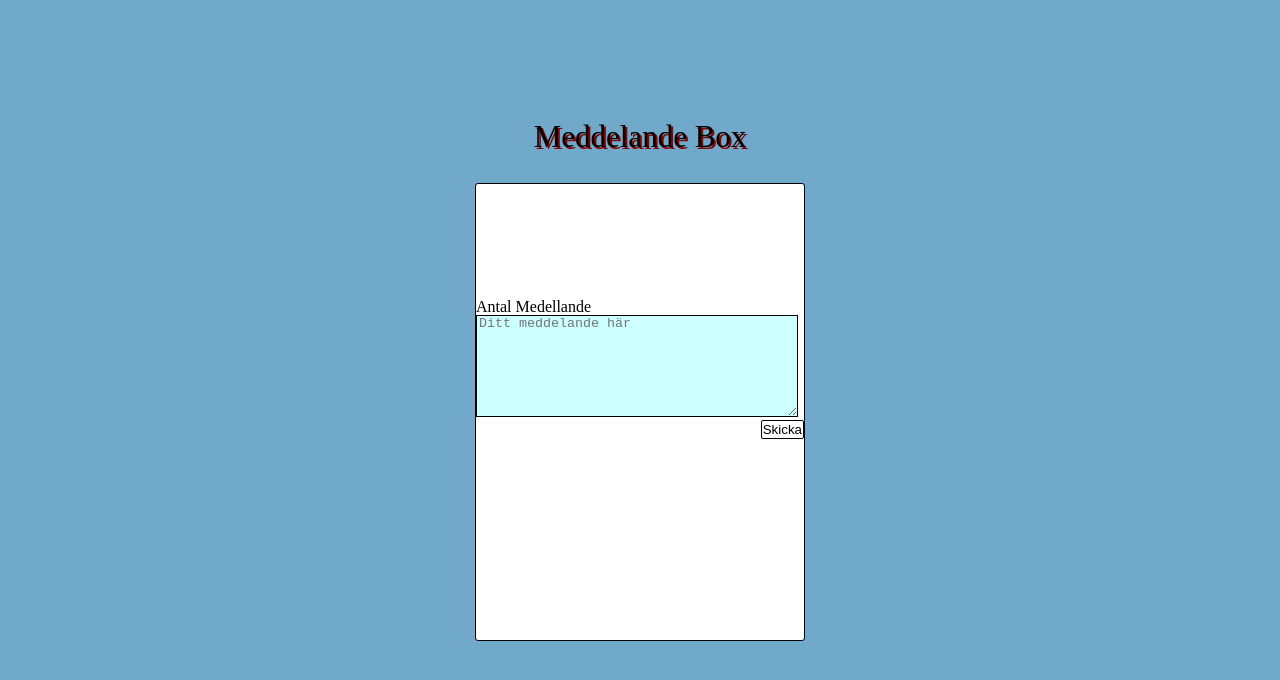
Repository: ls222vy/ls222vy-1dv403-laborationer
Page: 2-labbymezzage/index.html
The author's editor kept a record of every edit. The page is drawn from the files as they stood at one moment, then again after the next edit.
The browser window is 1280 px wide. The pictures show the whole page.

Above is the page before.
Console error: SyntaxError: Unexpected token ';'

### 2-labbymezzage/index.html

<!doctype html>

<html lang="sv">

  <head>

         <title>Labby</title>
         <meta charset="UTF-8" />
         <link href='//fonts.googleapis.com/css?family=Gloria+Hallelujah' rel='stylesheet'>
         <link rel="stylesheet" href="css/style.css">
         <script src="js/Message.js"></script>
         <script src="js/MessageMotor.js"></script>
         <script src="js/messageMotor_run.js"></script>

  </head>

<body>

    <h1>Meddelande Box</h1>
<div id="content">

    <div id="messagearea"></div>

      <!---  <div id="myMessages"></div> -->

            <div id="countingMessages">Antal Medellande</div>

                  <div id="messageWindow">

            <textarea id="textInput"rows="2" cols="32" placeholder="Ditt meddelande här"></textarea>
            <button id="submitInput">Skicka</button></button>
        </div>



    </div>

</body>

</html>

### 2-labbymezzage/css/style.css
/*@import url(http://fonts.googleapis.com/css?family=Gloria+Hallelujah);*/

/* http://meyerweb.com/eric/tools/css/reset/
   v2.0 | 20110126
   License: none (public domain)
*/

html, body, div, span, applet, object, iframe,
h1, h2, h3, h4, h5, h6, p, blockquote, pre,
a, abbr, acronym, address, big, cite, code,
del, dfn, em, img, ins, kbd, q, s, samp,
small, strike, strong, sub, sup, tt, var,
b, u, i, center,
dl, dt, dd, ol, ul, li,
fieldset, form, label, legend,
table, caption, tbody, tfoot, thead, tr, th, td,
article, aside, canvas, details, embed,
figure, figcaption, footer, header, hgroup,
menu, nav, output, ruby, section, summary,
time, mark, audio, video {
	margin: 0;
	padding: 0;
	border: 0;
	font-size: 100%;
	font: inherit;
	vertical-align: baseline;
}
/* HTML5 display-role reset for older browsers */
article, aside, details, figcaption, figure,
footer, header, hgroup, menu, nav, section {
	display: block;
}
body {
	line-height: 1;
	background-color: #70A9C9;
}

/*#container {
    width :100%;
    max-width:600px;
    display:block;
    margin:0 auto;
}*/

#content {
    border:1px solid #000000;
    background:#ffffff;
    margin-left: auto;
    margin-right: auto;
    width: 328px;
    height:456px;
    overflow: auto;
    padding: 1 0 0  3px;
    -moz-border-radious:3px;
    -webkit-border-radius:3px;
}

h1{
   /* color:#0095b6;*/
    margin-top:90px;
    text-align:center;
    padding:1em;
    font-size:31px;
    text-shadow: 2px 2px #8b0000;
}
#messagearea {
    margin-top:115px;
    margin-left:auto;
    margin-right: auto;
    width:300px;
    overflow:auto;
    padding: 0 0 0 5px;

}

#textInput{
    background:#CCFFFF;
    border:1px solid #000000;
    width: 97%;
    height:100px;
    margin-left : auto;
    margin-right:auto;
    padding: 0 0 0 2px;
}

#count{
    text-align:right;
    color:#3c3c3c;
    font-family: cabin-regular;
    font-size:9px;
    font-weight:normal;
    margin-bottom: 7px;
    margin-top: 5px;
}
#messageWindow {
    display:block;
    width: 100%;
}

#submitInput {
    border:1px solid #000000;
    padding: 1px;
    margin-bottom: 2px;
    text-decoration:none;
    -webkit-border-radius:2px;
    -webkit-box-shadow:0 1 px 0 white;
    background:#ffffff;
    float:right;
}
#myMessages {
    height: 230px;
    overflow: auto;
    border-radius: 9px;
    background-color:#BDBDBD;
   /*-webkit-box-sizing: border-box;
    -moz-box-sizing: border-box; */
    margin-top: auto;
 /* border: 2px solid rgba(0,0,0,0);*/
}
.myMessage{
    float:left;
    color: #3c3c3c;
     font-weight:200;
    font-size: 15px;
    -webkit-border-radius: 5px;
    line-height:20px;
    background-color : #97e5ed;
    margin-top: 5px;
    margin-left:8px;
    margin-bottom:10px;
    width: 95%;
    -webkit-box-sizing: border-box;
      -moz-box-sizing: border-box;

}

p {
    display:block;
    padding:7px;
    float:left;
    margin: 1;
    word-wrap: break-word;
    -webkit-border-radius: solid 5px;
}

.messageRemove{
   display:block;
   width:20px;
   height:20px;
   float:right;
   background-image: url("pics/1.png");

}

footer{
    clear:both;
    display:block;
    float:right;
    color:#819FF7;
    font-size: 16px;
    text-align:right;
     margin: 1;
}

.messageTime {
    display:block;
    width:20px;
    height:20px;
    float:right;
}








































/* #content {
    border:1px solid #000000;
    background:#ffffff;
    margin-left: auto;
    margin-right: auto;
    width: 320px;
    height:180px;
    overflow: auto;
    -moz-border-radious:3px;
    -webkit-border-radius:3px;
}
h1{
    color:#0095b6;
    margin-top:90px;
    text-align:center;
    padding:1em;
    font-size:31px;
}
#messagearea {
    margin-top:115px;
    margin-left:auto;
    margin-right: auto;
    width:300px;
    overflow:auto;
    padding: 0 0 0 3px;

}



textarea{
    /*background:#CCFFFF;*/
 /*   border:1px solid #000000;
    width: 98%;
    height:100px;

}/*
button {
    border:1px solid #000000;
    padding: 1px;
    text-decoration:none;
    -webkit-border-radius:4px;
    -webkit-box-shadow:0 1 px 0 white;
    background:#7df9ff;
    float:right;
}

.right {
     border:1px solid #000000;
}/*































































/*/ <body>


            <div id="newText"></div>

            <div id="textInput">
                <div id="count"></div>
                <form action="post" name="form">
                    <textarea id="textarea" name="textarea"></textarea>
                    <input id="submit" class="right" class="button" type="button" value="Submit">
                </form>

            </div>*/

/* ody{
    background-color:grey;
}
#newText{
    border: 1px solid #000;
    background-color:yellow;
}
#textInput{
    border: 1px solid #000;
}
#count{
    border: 1px solid #000;
}
.pText{
    color:red;
}
.pTime{
    text-align: right;
}

### 2-labbymezzage/js/Message.js
"use strict";

//Konstruktorn
function Message(message, date) {

    this.getText = function() {
        return message;
    };

    this.setText = function(_text) {
        message = _text;
    };

    this.getDate = function() {
        return date;
    };

    this.setDate = function(_date) {
        date = _date;
    };
}
//Prototype objekt

Message.prototype.toString = function() {
    return this.getText() + " (" + this.getDate() + ")";
};

Message.prototype.getHTMLText = function() {
    return this.getText().replace(/\n/g, "<br>");

};

Message.prototype.getDateText = function() {

var monthNames = [ "Januari", "Februari", "Mars", "April", "Maj", "Juni",
    "Juli", "Augusti", "September", "Oktober", "November", "December" ];

    return "Inlägg som skapdes skapades den " + this.getDate().getDate() + " " + monthNames[this.getDate().getMonth()] + " " + this.getDate().getFullYear() + " klockan " + this.getDate()
    .getHours() + ":" + this.getDate().getMinutes() + ":" + this.getDate().getSeconds();
};































  // return this.getText().replace(/\n/g, "<br>")

### 2-labbymezzage/js/MessageMotor.js
"use strict";
/*global Message*/


var MessageMotor = {

 messages: [],


   init: function(){
       // Hämtar html document
       var button = document.getElementById("submitInput");
       var texta = document.getElementById("textInput");

       //Skapa händelse och validerar om(nummer 13 är enterkey)

       texta.addEventListener ("keypress", function(e){

           if(!e){ e = window.event;
           }

           if (e.shiftKey){

           }

           else if(e.keyCode == 13) {
               event.preventDefault();// Hindra formularet från att skicka till servern.
              newMessage();
           }
       });

       button.onclick = newMessage;

       // Skapa meddelande

       function newMessage(){
           MessageMotor.messages.push(new Message (texta.value, new Date())); //push metoden lägger till  en ny post

           MessageMotor.renderMessages();
           texta.value ="";
       }

    },

        renderMessages: function(){
      // Antal Meddelande eller countingMessages

       var count = document.getElementById("count");
       count.innerHTML ="Antal meddelande: " + MessageMotor.messages.length;

       //Raderar alla befintliga meddelanden på sidan och skriv ut samtliga meddelande i arrayen

       document.getElementById("myMessages").innerHTML = "";

       for (var i = 0; i < MessageMotor.messages.length; i+=1){

           MessageMotor.renderMessage(i);
       }
    },

       renderMessage: function (messageID) {

       //Hämtar specifikt meddelande (messageID)(Message text) och lägg i en "p" tagg

      var text = document.createElement("p"),
       //Div som ska hämta
      myMessages = document.getElementById("myMessages"),




    // Skapa en div där ett meddelande ska samlas och utskrift

     aMessage = document.createElement("div");
     aMessage.classname = "myMessage";
     text.innerHTML = MessageMotor.messages[messageID].getHTMLText();
     myMessages.appendChild(aMessage);
     aMessage.appendChild(text);


       //Sätter tiden meddelandet

      var messageTime = document.createElement("footer");
      messageTime.innerHTML= MessageMotor.messages[messageID].getText();
      aMessage.appendChild(messageTime);

     //console.log( MessageMotor.messages[messageID]);
      //messageTime.innerHTML = MessageMotor.messages[messageID].getText().toLocaleTimeString();

       //Knapp för raderar meddelande
      var messageRemove = document.createElement("a");
       messageRemove.className= "messageRemove";
       messageRemove.href= "#";

       messageRemove.onclick = function(){
        if(confirm("Är du säker på att du vill ta bort meddelande?")){
         MessageMotor.removeMessage(messageID);
         aMessage.appendChild(messageRemove);


         }

        }

       };
       //Lägger till knapp för tiden
        var messageDateTime = document.createElement("a");
        messageDateTime.className = "messageTime";
        messageDateTime.href = "#";

        messageDateTime.onclik = function (){
         console.log(MessageMotor.messages[messageID].getDateText().toLocaleTimeString());
         aMessage.appendChild(messageDateTime);
        };

       }


};

### 2-labbymezzage/js/messageMotor_run.js
window.onload = function() {
    "use strict";
    /*global Message, MessageMotor*/

    var mess = new Message ("min text", new Date());
     console.log(mess.getText());
    mess.setText();

    MessageMotor.init();

};

After the next edit:
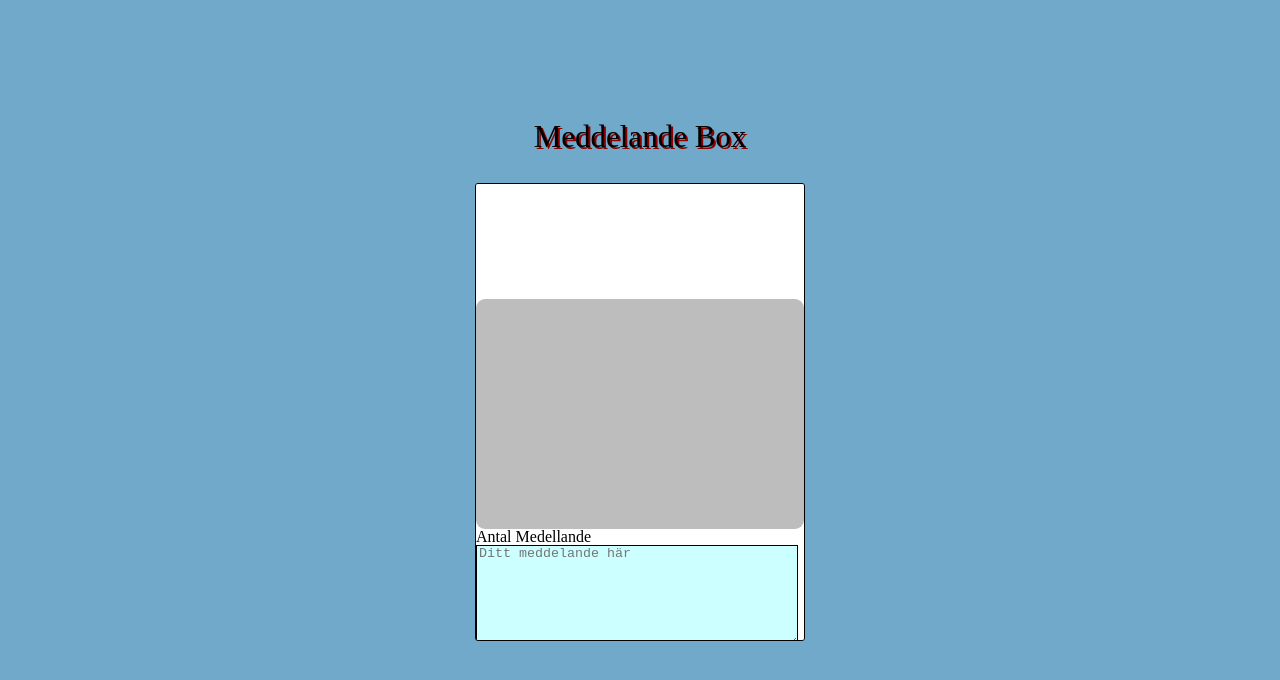
The edit:
--- a/2-labbymezzage/index.html
+++ b/2-labbymezzage/index.html
@@ -22,7 +22,7 @@
 
     <div id="messagearea"></div>
 
-      <!---  <div id="myMessages"></div> -->
+      <div id="myMessages"></div>
 
             <div id="countingMessages">Antal Medellande</div>
 
